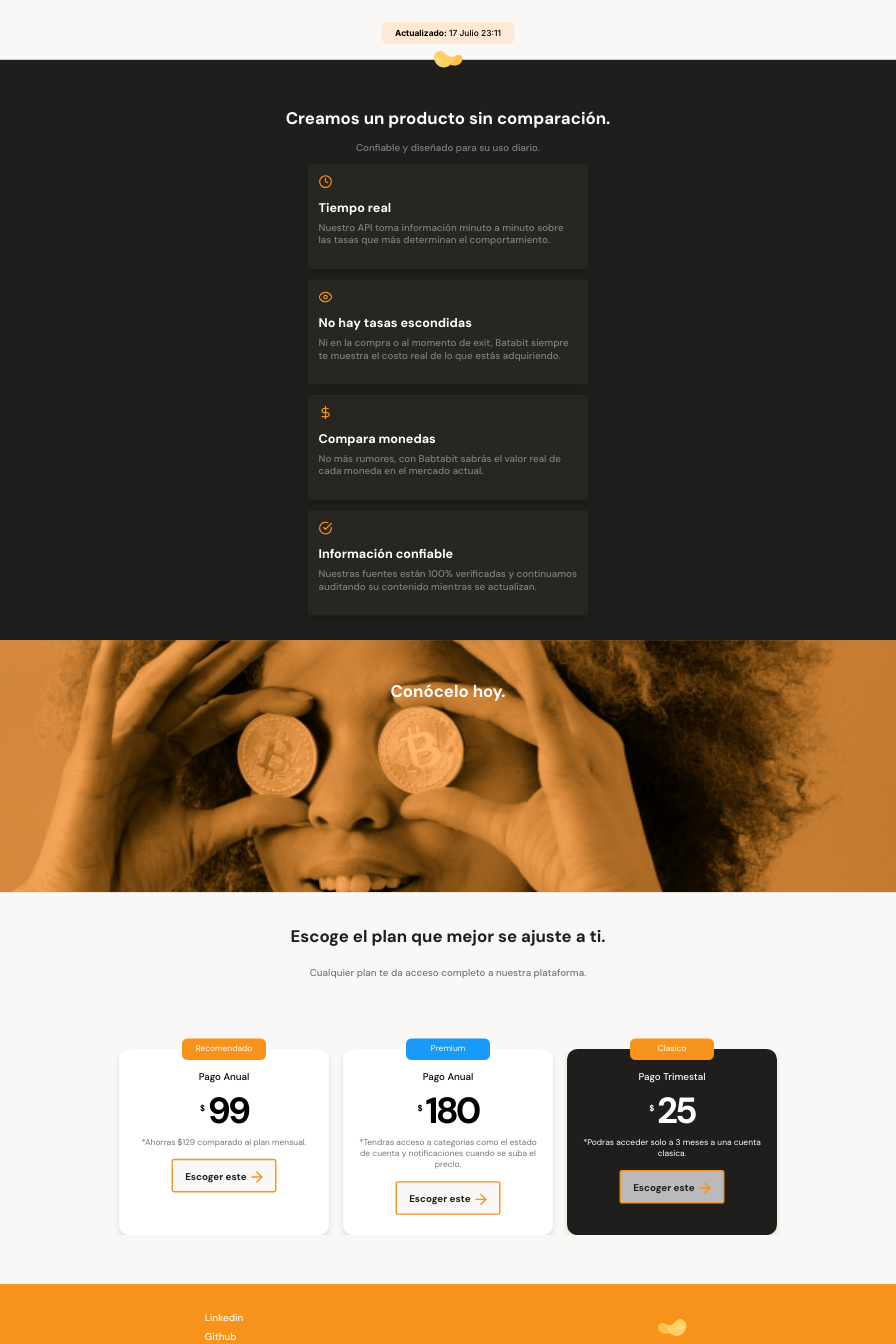
Repository: Pandrea-hub/Batatabit
Page: index.html
These files come from the project's save history. The page is drawn as it stood at one moment and after the next save; the edit follows.
The browser window is 1280 px wide. The pictures show the part of the page from y = 1048 to 2968 px (the page is 3033 px tall before and 2718 px after), at 70% of full size.

Above is the page before, as saved 2022-04-20 09:21:19.

After the next save:
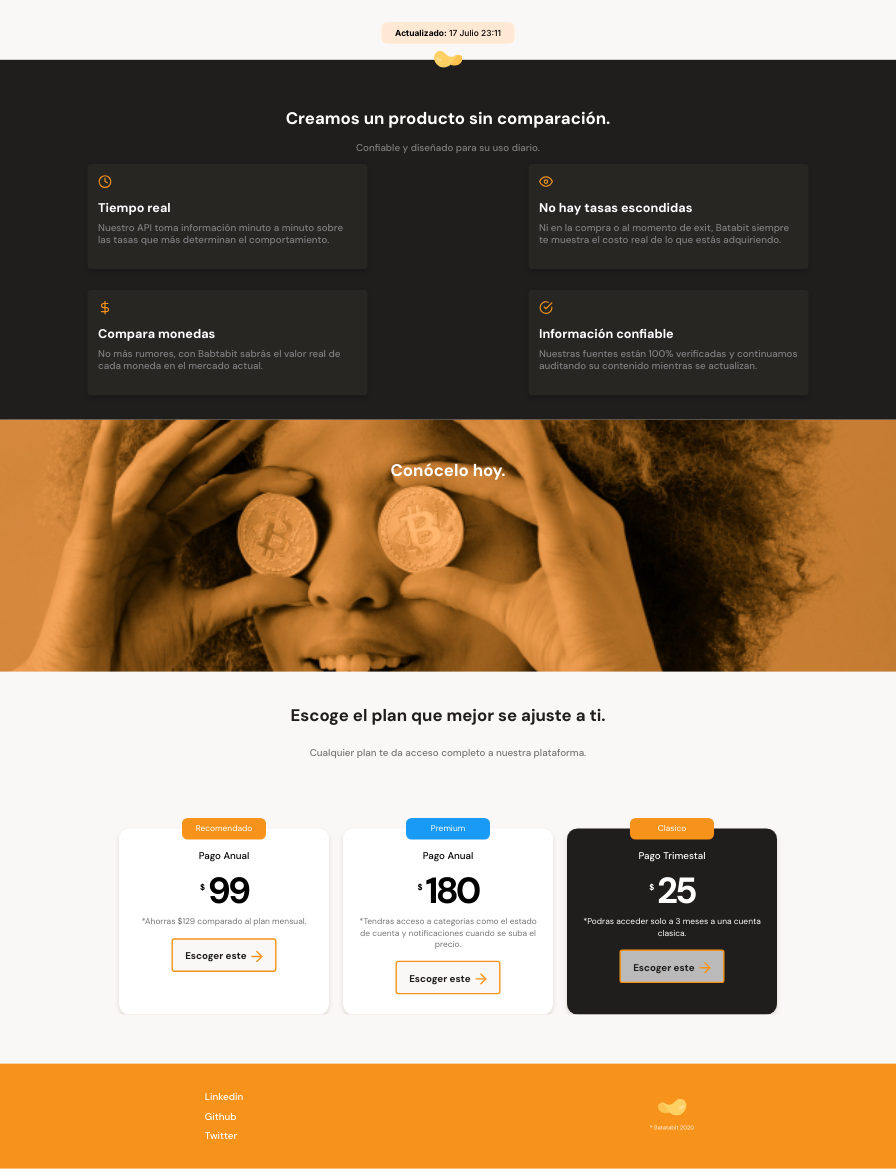
Saved 88 s later.
--- a/css/tablet.css
+++ b/css/tablet.css
@@ -5,3 +5,8 @@
 .plans-container--slider::-webkit-scrollbar {
     display: none;
 }
+
+.product-cards--container{
+    display: grid;
+    grid-template-columns: 1fr 1fr;
+}
